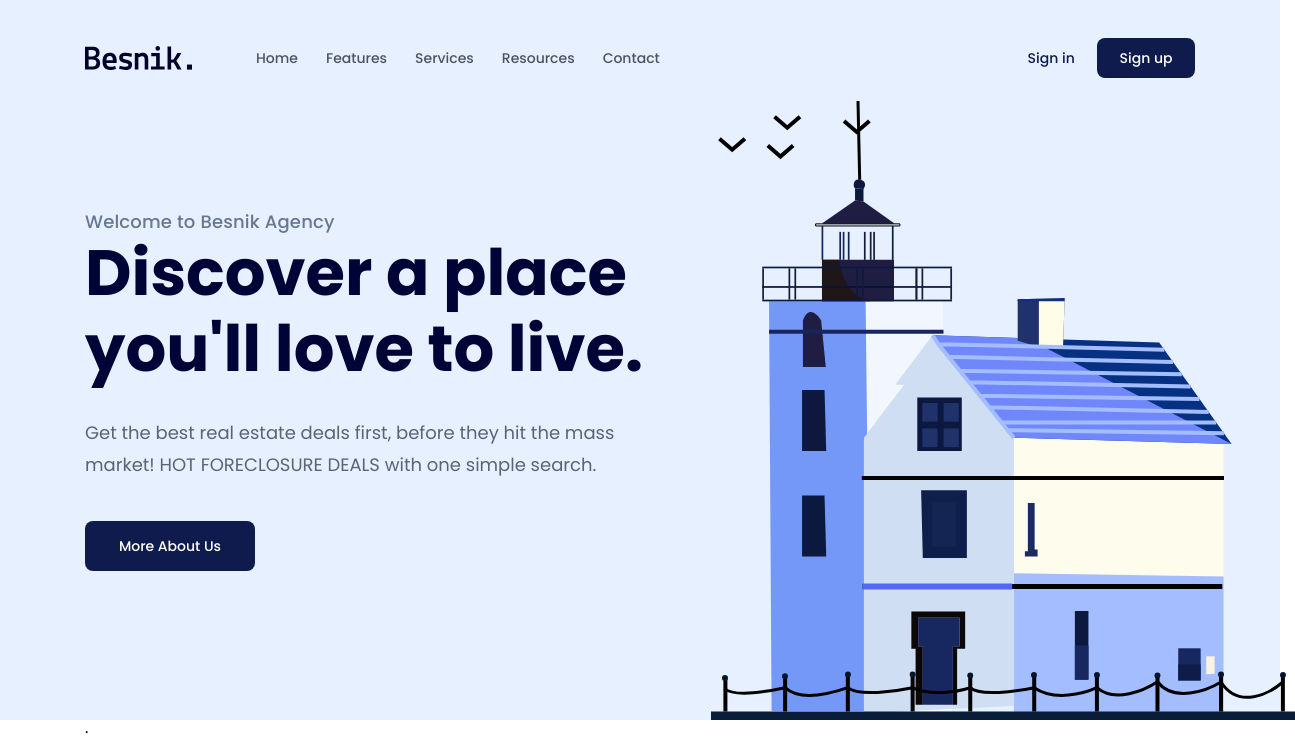
Repository: vancong171001/f8-html-css-01
Page: index.html
An editor plug-in stored every save of this project. The page is shown before and after a run of saves, followed by the edit.
The browser window is 1280 px wide. The page is 1295 px wide, so the pictures cover 1295 px, including what lies to the right of the window. The pictures show the whole page.

Above is the page before, as saved 2025-02-20 10:36:58.

### index.html
<!DOCTYPE html>
<html lang="en">
  <head>
    <meta charset="UTF-8" />
    <meta name="viewport" content="width=device-width, initial-scale=1.0" />
    <title>Project 01</title>
    <link rel="stylesheet" href="./assets/css/reset.css" />

    <!-- <link rel="preconnect" href="https://fonts.googleapis.com">
  <link rel="preconnect" href="https://fonts.gstatic.com" crossorigin>
  <link
    href="https://fonts.googleapis.com/css2?family=Poppins:wght@400;500;600;700&family=Roboto:ital,wght@0,100;0,300;0,400;0,500;0,700;0,900;1,100;1,300;1,400;1,500;1,700;1,900&display=swap"
    rel="stylesheet"> -->

    <link rel="stylesheet" href="./assets/fonts/stylesheet.css" />
    <link rel="stylesheet" href="./assets/css/styles.css" />
  </head>

  <body>
    <main>
      <!-- Header -->
      <header class="header">
        <div class="content">
          <nav class="navbar">
            <!-- Logo -->
            <img src="./assets/img/logo.svg" alt="Besnik." />

            <!-- Navigation -->
            <ul>
              <li><a href="#!">Home</a></li>
              <li><a href="#!">Features</a></li>
              <li><a href="#!">Services</a></li>
              <li><a href="#!">Resources</a></li>
              <li><a href="#!">Contact</a></li>
            </ul>

            <!-- Action -->
            <div class="action">
              <a href="#!" class="action-link">Sign in</a>
              <a href="#!" class="btn action-btn">Sign up</a>
            </div>
          </nav>

          <div class="hero">
            <div class="info">
              <p class="sub-title">Welcome to Besnik Agency</p>
              <h1 class="title">Discover a place you'll love to live.</h1>
              <p class="desc">
                Get the best real estate deals first, before they hit the mass
                market! HOT FORECLOSURE DEALS with one simple search.
              </p>
              <a href="#!" class="btn hero-cta">More About Us</a>
            </div>

            <img
              src="./assets/img/hero-img.svg"
              alt="Discover a place you'll love to live."
              class="hero-img"
            />
          </div>
        </div>
      </header>

      <!-- Clients -->
      <div class="clients">
        <div class="content">
          .
        </div>
      </div>
    </main>
  </body>
</html>

### assets/fonts/stylesheet.css
/* =============== Poppins ================ */
@font-face {
  font-family: 'Poppins';
  src: url('Poppins/Poppins-BoldItalic.woff2') format('woff2'),
      url('Poppins/Poppins-BoldItalic.woff') format('woff');
  font-weight: bold;
  font-style: italic;
  font-display: swap;
}

@font-face {
  font-family: 'Poppins';
  src: url('Poppins/Poppins-ExtraBold.woff2') format('woff2'),
      url('Poppins/Poppins-ExtraBold.woff') format('woff');
  font-weight: bold;
  font-style: normal;
  font-display: swap;
}

@font-face {
  font-family: 'Poppins';
  src: url('Poppins/Poppins-ExtraBoldItalic.woff2') format('woff2'),
      url('Poppins/Poppins-ExtraBoldItalic.woff') format('woff');
  font-weight: bold;
  font-style: italic;
  font-display: swap;
}

@font-face {
  font-family: 'Poppins';
  src: url('Poppins/Poppins-Bold.woff2') format('woff2'),
      url('Poppins/Poppins-Bold.woff') format('woff');
  font-weight: bold;
  font-style: normal;
  font-display: swap;
}

@font-face {
  font-family: 'Poppins';
  src: url('Poppins/Poppins-Black.woff2') format('woff2'),
      url('Poppins/Poppins-Black.woff') format('woff');
  font-weight: 900;
  font-style: normal;
  font-display: swap;
}

@font-face {
  font-family: 'Poppins';
  src: url('Poppins/Poppins-BlackItalic.woff2') format('woff2'),
      url('Poppins/Poppins-BlackItalic.woff') format('woff');
  font-weight: 900;
  font-style: italic;
  font-display: swap;
}

@font-face {
  font-family: 'Poppins';
  src: url('Poppins/Poppins-ExtraLightItalic.woff2') format('woff2'),
      url('Poppins/Poppins-ExtraLightItalic.woff') format('woff');
  font-weight: 200;
  font-style: italic;
  font-display: swap;
}

@font-face {
  font-family: 'Poppins';
  src: url('Poppins/Poppins-Light.woff2') format('woff2'),
      url('Poppins/Poppins-Light.woff') format('woff');
  font-weight: 300;
  font-style: normal;
  font-display: swap;
}

@font-face {
  font-family: 'Poppins';
  src: url('Poppins/Poppins-Italic.woff2') format('woff2'),
      url('Poppins/Poppins-Italic.woff') format('woff');
  font-weight: normal;
  font-style: italic;
  font-display: swap;
}

@font-face {
  font-family: 'Poppins';
  src: url('Poppins/Poppins-LightItalic.woff2') format('woff2'),
      url('Poppins/Poppins-LightItalic.woff') format('woff');
  font-weight: 300;
  font-style: italic;
  font-display: swap;
}

@font-face {
  font-family: 'Poppins';
  src: url('Poppins/Poppins-Medium.woff2') format('woff2'),
      url('Poppins/Poppins-Medium.woff') format('woff');
  font-weight: 500;
  font-style: normal;
  font-display: swap;
}

@font-face {
  font-family: 'Poppins';
  src: url('Poppins/Poppins-ExtraLight.woff2') format('woff2'),
      url('Poppins/Poppins-ExtraLight.woff') format('woff');
  font-weight: 200;
  font-style: normal;
  font-display: swap;
}

@font-face {
  font-family: 'Poppins';
  src: url('Poppins/Poppins-MediumItalic.woff2') format('woff2'),
      url('Poppins/Poppins-MediumItalic.woff') format('woff');
  font-weight: 500;
  font-style: italic;
  font-display: swap;
}

@font-face {
  font-family: 'Poppins';
  src: url('Poppins/Poppins-SemiBold.woff2') format('woff2'),
      url('Poppins/Poppins-SemiBold.woff') format('woff');
  font-weight: 600;
  font-style: normal;
  font-display: swap;
}

@font-face {
  font-family: 'Poppins';
  src: url('Poppins/Poppins-ThinItalic.woff2') format('woff2'),
      url('Poppins/Poppins-ThinItalic.woff') format('woff');
  font-weight: 100;
  font-style: italic;
  font-display: swap;
}

@font-face {
  font-family: 'Poppins';
  src: url('Poppins/Poppins-SemiBoldItalic.woff2') format('woff2'),
      url('Poppins/Poppins-SemiBoldItalic.woff') format('woff');
  font-weight: 600;
  font-style: italic;
  font-display: swap;
}

@font-face {
  font-family: 'Poppins';
  src: url('Poppins/Poppins-Thin.woff2') format('woff2'),
      url('Poppins/Poppins-Thin.woff') format('woff');
  font-weight: 100;
  font-style: normal;
  font-display: swap;
}

@font-face {
  font-family: 'Poppins';
  src: url('Poppins/Poppins-Regular.woff2') format('woff2'),
      url('Poppins/Poppins-Regular.woff') format('woff');
  font-weight: normal;
  font-style: normal;
  font-display: swap;
}

### assets/css/styles.css
* {
  box-sizing: border-box;
}

:root {
  --primary-color: #0f1b4c;
}

html {
  font-size: 62.5%;
}

body {
  font-size: 1.6rem;
  font-family: "Poppins", "sans-serif";
}

/* Common */
a {
  text-decoration: none;
}

.content {
  width: 1110px;
  max-width: calc(100% - 48px);
  margin-left: auto;
  margin-right: auto;
}

.btn {
  display: inline-block;
  padding: 18px 16px;
  min-width: 98px;
  border-radius: 8px;
  background-color: var(--primary-color);
  font-weight: 500;
  font-size: 1.4rem;
  text-align: center;
  color: white;
}

.btn:hover {
  opacity: 0.9;
}

/* Header */
.header {
  background-color: #e6f0ff;
  height: 100vh;
  position: relative;
}

.navbar {
  display: flex;
  align-items: center;
  padding-top: 38px;
}

.navbar ul {
  display: flex;
  margin-left: 50px;
}

.navbar .action {
  margin-left: auto;
}

.navbar ul a {
  font-weight: 500;
  font-size: 1.4rem;
  color: #4f5361;
  padding: 8px 14px;
}

.navbar ul a:hover {
  text-decoration: underline;
}

.navbar .action-link {
  font-weight: 500;
  font-size: 1.4rem;
  color: var(--primary-color);
}

.navbar .action-btn {
  padding: 13px 16px;
  margin-left: 18px;
}

.hero {
  margin-top: 130px;
}

.hero .info {
  width: 51%;
}

.hero .sub-title {
  color: #687690;
  font-size: 1.8rem;
  font-weight: 500;
  line-height: 1.5;
  letter-spacing: 0.01em;
}

.hero .title {
  color: #000336;
  font-size: 6.4rem;
  font-weight: 700;
  line-height: 1.1875; /* 118.75% */
}

.hero .desc {
  color: #5a6473;
  font-size: 1.8rem;
  font-weight: 400;
  line-height: 1.78; /* 177.778% */
  margin-top: 30px;
}

.hero-cta {
  min-width: 170px;
  margin-top: 40px;
}

.hero-img {
  position: absolute;
  right: calc((100vw - 1110px) / 2 - 100px);
  bottom: 0;
}

Loaded but not shown: assets/css/reset.css (common file)

After the next 4 saves:
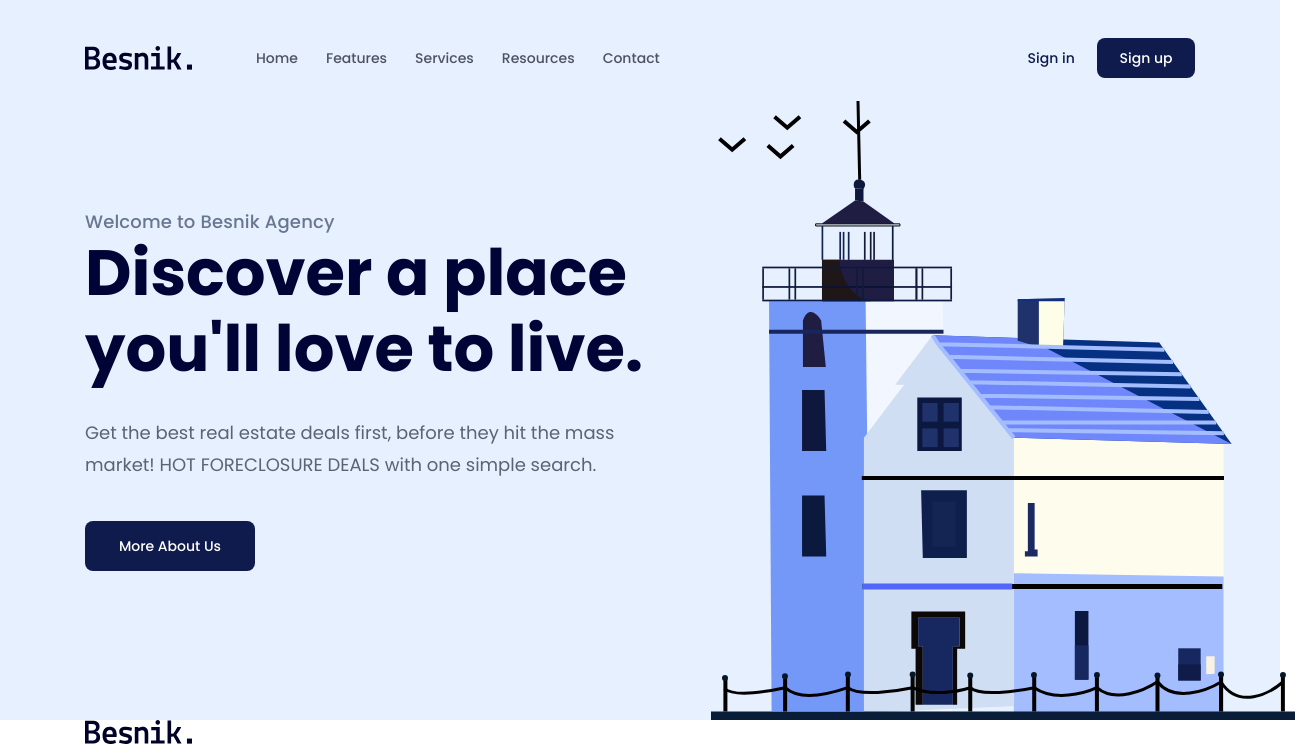
The 4 saves are shown as one change because they came seconds apart.
The last was saved 13 s later.
--- a/index.html
+++ b/index.html
@@ -64,7 +64,9 @@
       <!-- Clients -->
       <div class="clients">
         <div class="content">
-          .
+          <div class="row">
+            <img src="./assets/img/logo.svg" alt="">
+          </div>
         </div>
       </div>
     </main>
